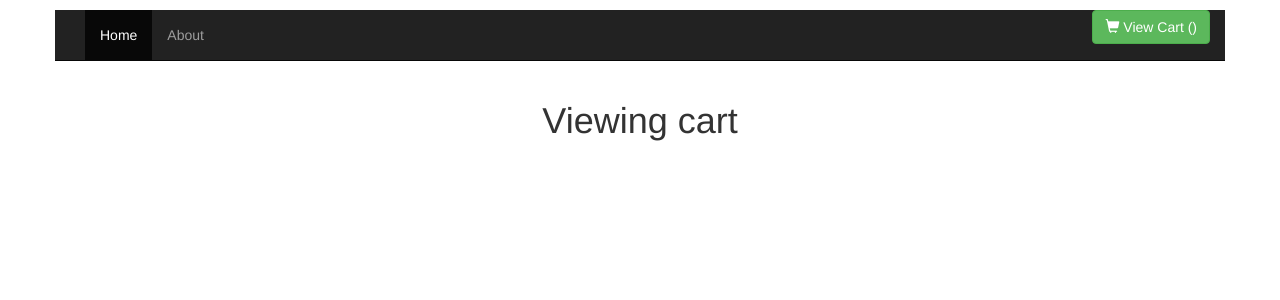
Repository: iancwwong/DigitalBibliographicalLibrary
Page: http://localhost/DigitalBibliographicLibrary/cartpage.jsp
The author's editor kept a copy of each file at every save. The page is drawn from the files as they stood at one save, then again after the next save.
The browser window is 1280 px wide. The pictures show the whole page.
The page is served by Tomcat 9. Other server files are loaded and not shown.

Above is the page before, as saved 2016-08-27 15:38:16.

### DigitalBibliographicLibrary/WebContent/cartpage.jsp
<%@ page language="java" contentType="text/html; charset=ISO-8859-1"
    pageEncoding="ISO-8859-1"%>
<!DOCTYPE html PUBLIC "-//W3C//DTD HTML 4.01 Transitional//EN" "http://www.w3.org/TR/html4/loose.dtd">
<html>
<head>

	<!--  Bootstrap meta tags  -->
    <meta charset="utf-8">
    <meta http-equiv="X-UA-Compatible" content="IE=edge">
    <meta name="viewport" content="width=device-width, initial-scale=1">

    <!--  Other heads -->
	<meta http-equiv="Content-Type" content="text/html; charset=ISO-8859-1">

	<title>DBL - My Cart</title>

	<!-- Bootstrap -->
    <link href="css/bootstrap.min.css" rel="stylesheet">

    <!--  Page styling -->
    <link href="css/general.css" rel="stylesheet">
    <link href="css/navbar.css" rel="stylesheet">

</head>
<body>
	<!-- Havbar -- >
	<%@ include file="include/navbar.html"%>
	<center>
	<h1>Viewing cart</h1>
	</center>

    <c:forEach var="publication" items="${cartPageBean.cart.publications}">

    </c:forEach>

    <!-- ========= Bootstrap Core Javascript =========== -->
    <!-- jQuery (necessary for Bootstrap's JavaScript plugins) -->
    <script src="https://ajax.googleapis.com/ajax/libs/jquery/1.12.4/jquery.min.js"></script>
    <!-- Include all compiled plugins (below), or include individual files as needed -->
    <script src="js/bootstrap.min.js"></script>

</body>
</html>

### DigitalBibliographicLibrary/WebContent/include/navbar.html
<!--  This file contains the information of the navigation bar -->
<!-- Navbar content -->
<div class="navbar-wrapper">
  <div class="container">

    <nav class="navbar navbar-inverse navbar-static-top">
      <div class="container">
        <div id="navbar" class="navbar-collapse collapse">
          <ul class="nav navbar-nav">
            <li class="active"><a href="">Home</a></li>
            <li><a href="">About</a></li>
          </ul>
          <ul class="nav navbar-nav navbar-right">
          	<li>
				<form action='control' method='POST'>
					<input type='hidden' name="action" value="viewCartPage"/>
					<button type="submit" class="btn btn-success">
						<span class="glyphicon glyphicon-shopping-cart"></span>
						View Cart (${userBean.cart.numItems})
					</button>
				</form>
          	</li>
          </ul>
        </div>
      </div>
    </nav>

  </div>
</div>

### DigitalBibliographicLibrary/WebContent/css/general.css
body {
	margin: 0;
	padding: 10px;
}

### DigitalBibliographicLibrary/WebContent/css/navbar.css
<!-- This file contains the stylings for the navigation bar -->

/* Special class on .container surrounding .navbar, used for positioning it into place. */
.navbar-wrapper {
  position: absolute;
  top: 0;
  right: 0;
  left: 0;
  z-index: 20;
}

/* Flip around the padding for proper display in narrow viewports */
.navbar-wrapper > .container {
  padding-right: 0;
  padding-left: 0;
}
.navbar-wrapper .navbar {
  padding-right: 15px;
  padding-left: 15px;
}
.navbar-wrapper .navbar .container {
  width: auto;
}

Loaded but not shown: DigitalBibliographicLibrary/WebContent/css/bootstrap.min.css (library); DigitalBibliographicLibrary/WebContent/js/bootstrap.min.js (library)

After the next save:
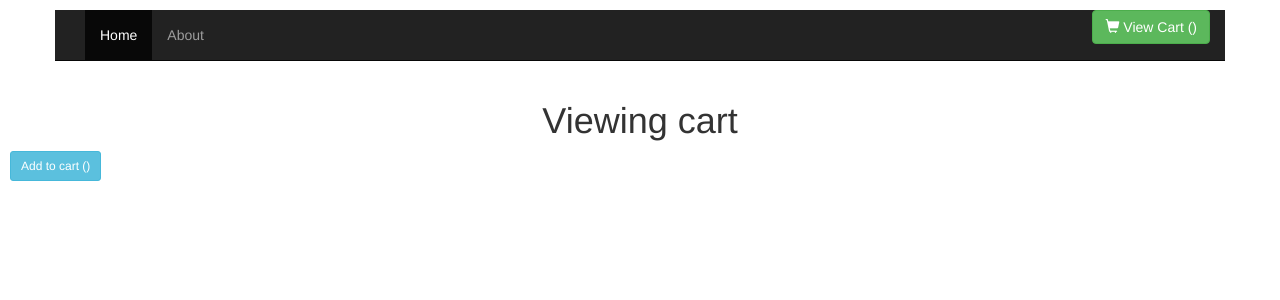
Saved 100 s later.
--- a/DigitalBibliographicLibrary/WebContent/cartpage.jsp
+++ b/DigitalBibliographicLibrary/WebContent/cartpage.jsp
@@ -29,9 +29,15 @@
 	<h1>Viewing cart</h1>
 	</center>
 
-    <c:forEach var="publication" items="${cartPageBean.cart.publications}">
 
-    </c:forEach>
+	<form action='control' method='POST'>
+		<input type='hidden' name="action" value="viewIndexPage"/>
+		<input type='hidden' name="pubID" value="${publicationPageBean.publication.id}"/>
+		<input type='hidden' name="pubType" value="${publicationPageBean.publication.type}"/>
+		<button type="submit" class="btn btn-info btn-sm">
+			Add to cart (${publicationPageBean.publication.price})
+		</button>
+	</form>
 
     <!-- ========= Bootstrap Core Javascript =========== -->
     <!-- jQuery (necessary for Bootstrap's JavaScript plugins) -->
